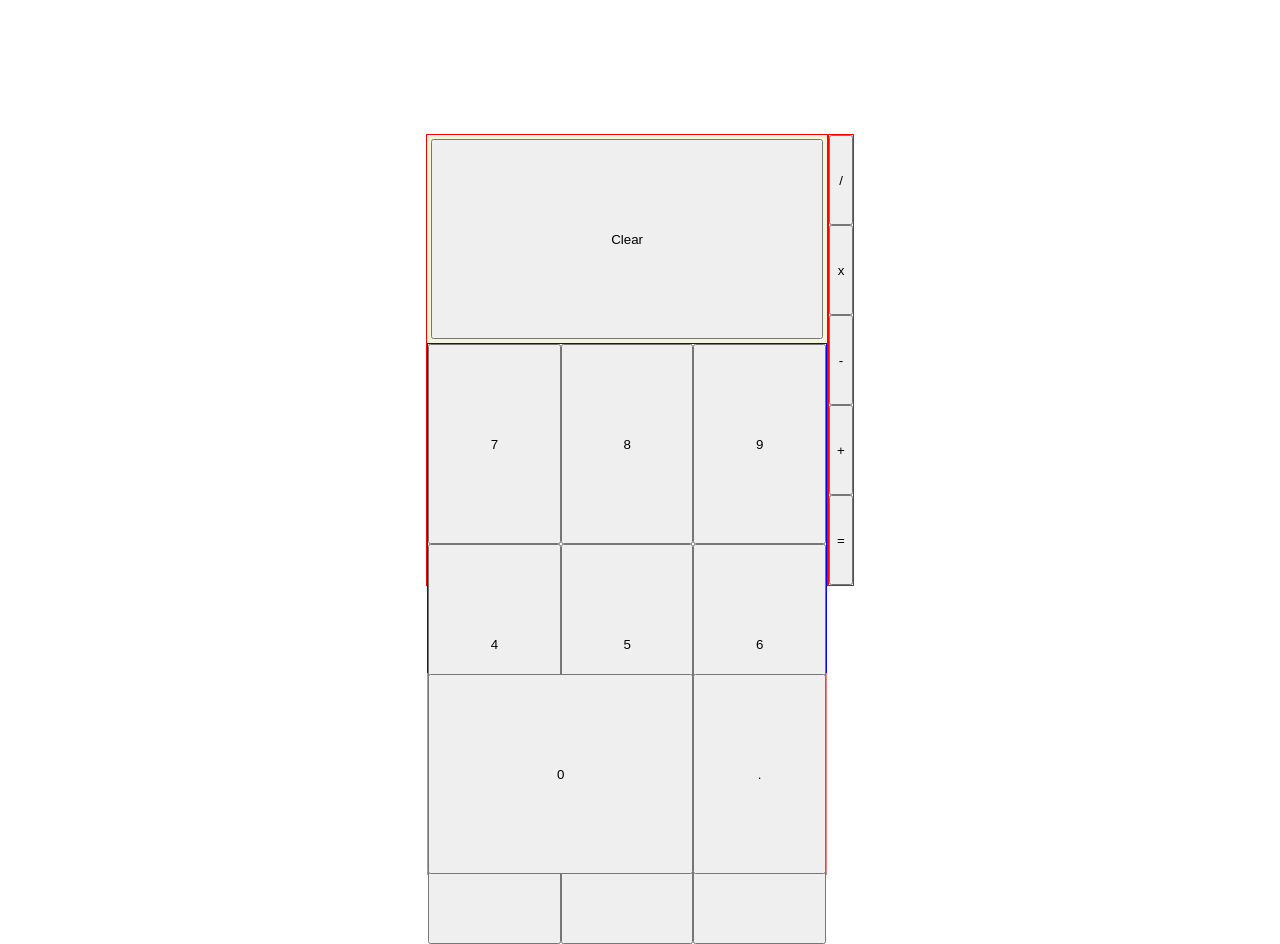
Repository: kocokoy/Calculator
Page: index.html
An editor plug-in stored every save of this project. The page is shown before and after a run of saves, followed by the edit.
The browser window is 1280 px wide. The pictures show the whole page.

Above is the page before, as saved 2024-10-22 16:02:30.

### index.html
<!DOCTYPE html>
<html lang="en">
<head>
  <meta charset="UTF-8">
  <meta name="viewport" content="width=device-width, initial-scale=1.0">
  <link rel="stylesheet" href="/style.css">
  <title>Document</title>
</head>
<body>
  <div class="calculator-container">
    <div class="output-number"></div>
    <div class="number-and-clear-container">
      <div class="clear-button-container">
      </div>
      <div class="number-container">

      </div>
      <div class="zero-button-container">
      </div>
    </div>
    <div class="operator-container">
    </div>
  </div>
  <script src="/script.js"></script>
</body>
</html>

### style.css
body{
  padding: 0;
  margin: 0;
  height: 100%;
}
button{
  height: 200px;
}
.calculator-container{
  display: flex;
  align-items: center;
  justify-content: center;
  height: 100vh;
}
.number-and-clear-container{
  border: 1px solid red;
  height: 450px;
  width: 400px;
  display: block;
}
.clear-button-container{
  display: grid;
  grid-template-columns: 1fr;
  border: 4px solid beige;
}
.number-container{
  display: grid;
  grid-template-columns: 1fr 1fr 1fr;
  direction: rtl;
  border: 1px solid blue;
  height: 328px;
}
.zero-button-container{
  border: 1px solid lightcoral;
  display: grid;
  grid-template-columns: 1fr 133px;
}

.operator-container{
  border: 1px solid red;
  height: 450px;
  display: flex;
  flex-direction: column;
}

### script.js
const calculatorButton = ['Clear',1,2,3,4,5,6,7,8,9,0,'.'];
const operatorContent = ['/','x','-','+','='];
const numberContainer = document.querySelector('.number-container');
const numberButton = document.querySelectorAll('.number-button');
const clearButtonContainer = document.querySelector('.clear-button-container');
const zeroButtonContainer = document.querySelector('.zero-button-container');
const operatorContainer = document.querySelector('.operator-container');
const operatorButton = document.querySelectorAll('.operator-button');
const outputElement = document.querySelector('.output-number');

let num1 = '';
let num2 = '';
let operator = '';
let result = 0;
let equals ='';
let html = '';

const descendedNumber = calculatorButton.sort((a,b) => b-a)
for(const num of descendedNumber){
    const button = document.createElement('button');
    if(num === 'Clear'){
      button.classList.add('clear-button');
      button.textContent = num;
      clearButtonContainer.appendChild(button);
    }else if(num === 0 || num === '.'){
      button.classList.add('number-button');
      button.textContent = num;
      zeroButtonContainer.appendChild(button);
    }else{
      button.classList.add('zero-button');
      button.textContent = num;
      numberContainer.appendChild(button);
    }
}
// descendedNumber.forEach(num => {
// });

operatorContent.forEach(oper => {
  const button = document.createElement('button');
  button.classList.add('operator-button');
  button.textContent = oper;
  operatorContainer.appendChild(button);
});


operatorButton.forEach((operButton,i) => {
  operButton.addEventListener('click', () => {
    if(operButton.textContent != '='){
      operator = operButton.textContent;
      outputElements(operator);
    }else{
      equals = operButton.textContent;
      if(equals === '='){
        console.log(`${num1}${operator}${num2}`)
        operate(num1,num2,operator);
      }
    }

  })
})

numberButton.forEach((numButton,i) => {
  numButton.addEventListener('click', () => {

    if (operator === '') {
      num1 += numButton.textContent;
      outputElements(numButton.textContent);
      console.log('Num1:', num1);
    } else {
      num2 += numButton.textContent;
      outputElements(numButton.textContent);
      console.log('Num2:', num2);
    }
  })
})


function outputElements(a){
  if(num1 && num2 && operator && equals){
    outputElement.textContent = '';
    outputElement.textContent = a;
  }else{
    html+=a;
    console.log(html);
    outputElement.textContent = html;
  }
}




function operate(num1,num2,operator){
  number1 = parseInt(num1,10);
  number2 = parseInt(num2,10);
  if(operator === '+'){
    addOperator(number1,number2);
  }else if(operator === '-'){
    minusOperator(number1,number2);
  }else if(operator === '*'){
    timesOperator(number1,number2);
  }else if(operator === '/'){
    divideOperator(number1,number2);
  }
}


const addOperator = (a,b) => {
  console.log(a,b);
  result = a + b;
  outputElements(result);
  return console.log(result);
}

const minusOperator = (a,b) => {
  result = a-b;
  outputElements(result);
  return console.log(result);
}

const timesOperator = (a,b) => {
  result = a*b;
  outputElements(result);
  return console.log(result);
}

const divideOperator = (a,b) => {
  sum = a/b;
  outputElements(result);
  return console.log(result);
}

After the next 2 saves:
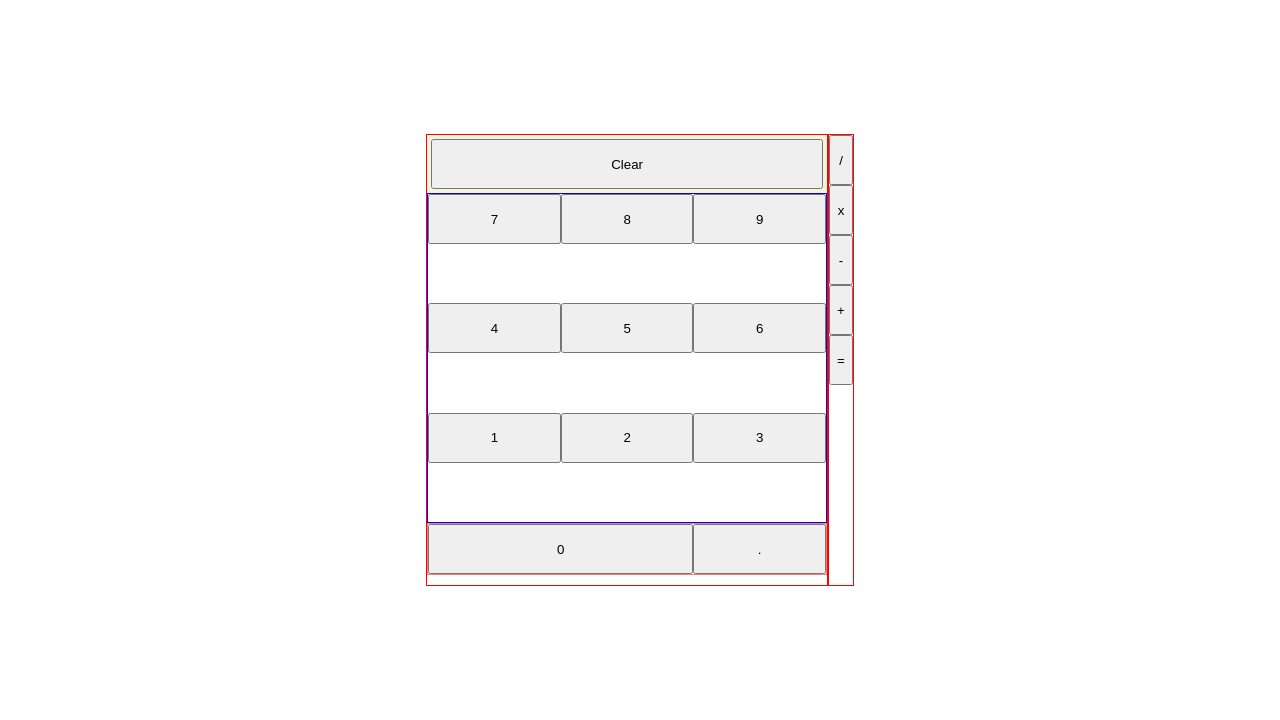
The 2 saves are shown as one change because they came seconds apart.
The last was saved 7 s later.
--- a/style.css
+++ b/style.css
@@ -4,7 +4,7 @@ body{
   height: 100%;
 }
 button{
-  height: 200px;
+  height: 50px;
 }
 .calculator-container{
   display: flex;
